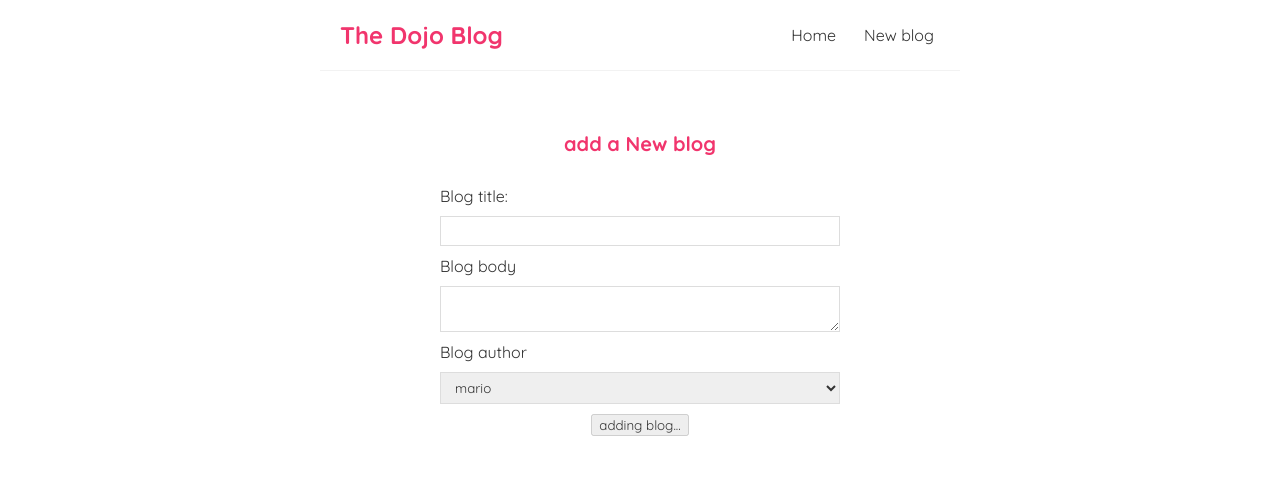
Repository: Samkiroko/full-reacr-ninja
Page: /create
The author's editor kept a copy of each file at every save. The page is drawn from the files as they stood at one save, then again after the next save.
The browser window is 1280 px wide. The pictures show the whole page.
The project was rebuilt for these pictures with package versions that can differ from the ones it lists, and the page was loaded fresh each time. Also part of the build but not shown: src/BlogList.js, src/useFetch.js, src/Home.js, src/BlogDetails.js.

Above is the page before, as saved 2021-07-23 17:35:46.

### src/index.css
@import url('https://fonts.googleapis.com/css2?family=Quicksand:wght@300;400;500;600;700&display=swap');

/* base styles */

* {
    margin: 0;
    font-family: 'Quicksand';
    color: #333;
}

.navbar {
    padding: 20px;
    display: flex;
    align-items: center;
    max-width: 600px;
    margin: 0 auto;
    border-bottom: 1px solid #f2f2f2;
}

.navbar h1 {
    color: #f1356d;
}

.navbar .links {
    margin-left: auto;
}

.navbar a {
    margin-left: 16px;
    text-decoration: none;
    padding: 6px;
}

.navbar a:hover {
    color: #f1356d;
}

.content {
    max-width: 600px;
    margin: 40px auto;
    padding: 20px;
}


/* blog previews / list */

.blog-preview {
    padding: 10px 16px;
    margin: 20px 0;
    border-bottom: 1px solid #fafafa;
}

.blog-preview:hover {
    box-shadow: 1px 3px 5px rgba(0, 0, 0, 0.1);
}

.blog-preview h2 {
    font-size: 20px;
    color: #f1356d;
    margin-bottom: 8px;
}

.blog-preview a {
    text-decoration: none;
}


/* blog details page */

.blog-details h2 {
    font-size: 20px;
    color: #f1356d;
    margin-bottom: 10px;
}

.blog-details div {
    margin: 20px 0;
}

.blog-details button {
    background: #f1356d;
    color: #fff;
    border: 0;
    padding: 8px;
    border-radius: 8px;
    cursor: pointer;
}


/* create new blog form */

.create {
    max-width: 400px;
    margin: 0 auto;
    text-align: center;
}

.create label {
    text-align: left;
    display: block;
}

.create h2 {
    font-size: 20px;
    color: #f1356d;
    margin-bottom: 30px;
}

.create input,
.create textarea,
.create select {
    width: 100%;
    padding: 6px 10px;
    margin: 10px 0;
    border: 1px solid #ddd;
    box-sizing: border-box;
    display: block;
}


/* .create button {
    background: #f1356d;
    color: #fff;
    border: 0;
    padding: 8px;
    border-radius: 8px;
    cursor: pointer; */


}
.create__add button {
    background: #35f1b2 !important;
    color: #fff;
    border: 0;
    padding: 8px;
    border-radius: 8px;
    cursor: pointer;
}

### src/App.js
import Home from './Home'
import Navbar from './Navbar'
import { BrowserRouter as Router, Route, Switch } from 'react-router-dom'
import Create from './Create'
import BlogDetails from './BlogDetails'

function App() {
  return (
    <Router>
      <div className='App'>
        <Navbar />
        <div className='content'>
          <Switch>
            <Route exact path='/' component={Home} />
            <Route exact path='/create' component={Create} />
            <Route exact path='/blogs/:id' component={BlogDetails} />
          </Switch>
        </div>
      </div>
    </Router>
  )
}

export default App

### src/Navbar.js
import React from 'react'
import { Link } from 'react-router-dom'

const Navbar = () => {
  return (
    <nav className='navbar'>
      <h1>The Dojo Blog</h1>
      <div className='links'>
        <Link to='/'>Home</Link>
        <Link to='/create'>New blog</Link>
      </div>
    </nav>
  )
}

export default Navbar

### src/Create.js
import { useState } from 'react'

const Create = () => {
  const [title, setTitle] = useState('')
  const [body, setBody] = useState('')
  const [author, setAuthor] = useState('mario')
  const [isPending, setIsPending] = useState(false)

  const handleSubmit = (e) => {
    e.preventDefault()
    const blog = { title, body, author }

    fetch(' http://localhost:8000/blogs', {
      method: 'POST',
      headers: { 'Content-Type': 'application/json' },
      body: JSON.stringify(blog),
    }).then(() => {
      setTitle('')
      setBody('')
      setAuthor('mario')
    })
  }

  return (
    <div className='create'>
      <h2>add a New blog</h2>
      <form onSubmit={handleSubmit}>
        <label>Blog title:</label>
        <input type='text' required value={title} onChange={(e) => setTitle(e.target.value)} />
        <label>Blog body</label>
        <textarea required value={body} onChange={(e) => setBody(e.target.value)}></textarea>
        <label>Blog author</label>
        <select value={author} onChange={(e) => setAuthor(e.target.value)}>
          <option value='mario'>mario</option>
          <option value='yoshi'>yoshi</option>
        </select>
        {isPending && <button>add blog</button>}
        {!isPending && (
          <button className='create__add' disabled>
            adding blog...
          </button>
        )}
      </form>
    </div>
  )
}

export default Create

Loaded but not shown: public/index.html (common file); src/index.js (common file)

After the next save:
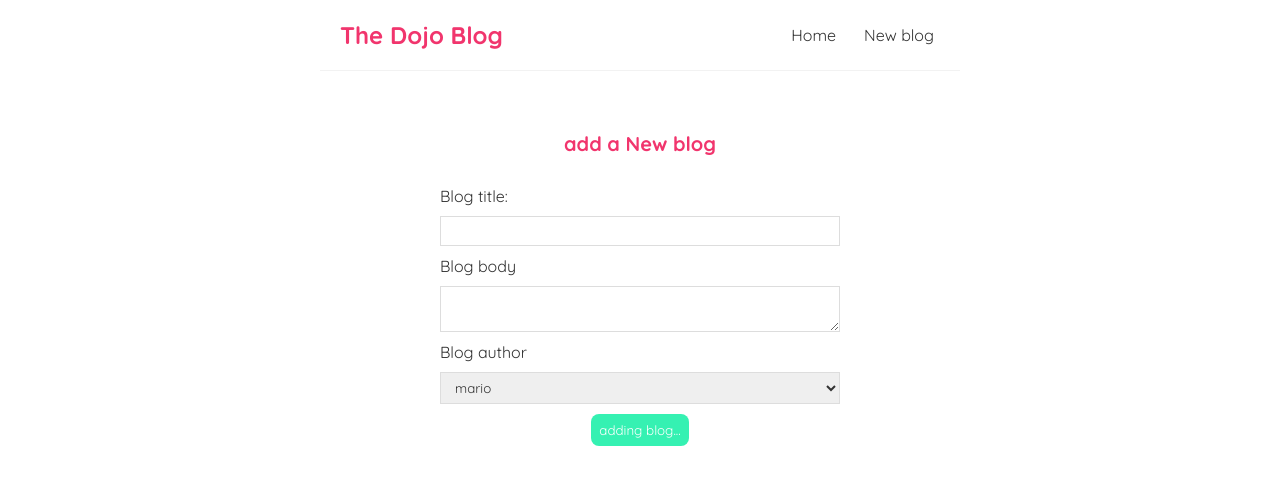
Saved 25 s later.
--- a/src/index.css
+++ b/src/index.css
@@ -117,18 +117,16 @@
     display: block;
 }
 
-
-/* .create button {
+.create button {
     background: #f1356d;
     color: #fff;
     border: 0;
     padding: 8px;
     border-radius: 8px;
-    cursor: pointer; */
+    cursor: pointer;
+}
 
-
-}
-.create__add button {
+.create__add {
     background: #35f1b2 !important;
     color: #fff;
     border: 0;
